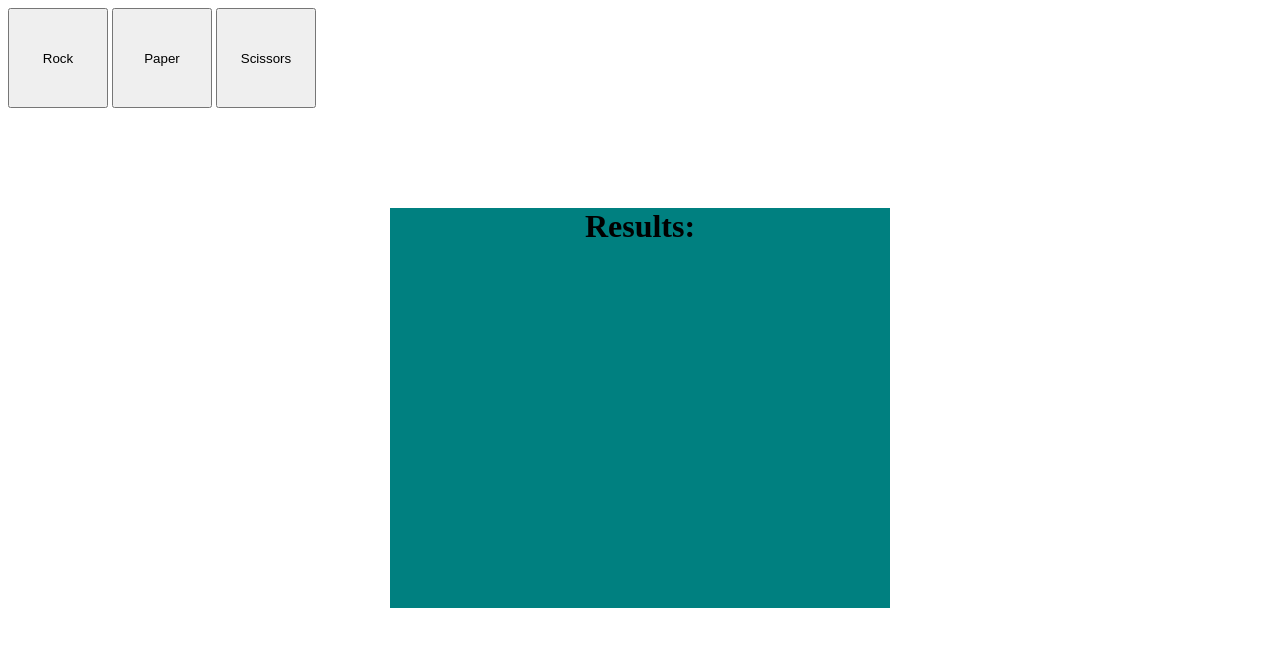
Repository: Pafestivo/rock-paper-scissors
Page: index.html
The author's editor kept a copy of each file at every save. The page is drawn from the files as they stood at one save, then again after the next save.
The browser window is 1280 px wide. The pictures show the whole page.

Above is the page before, as saved 2022-10-14 14:25:40.

After the next save:
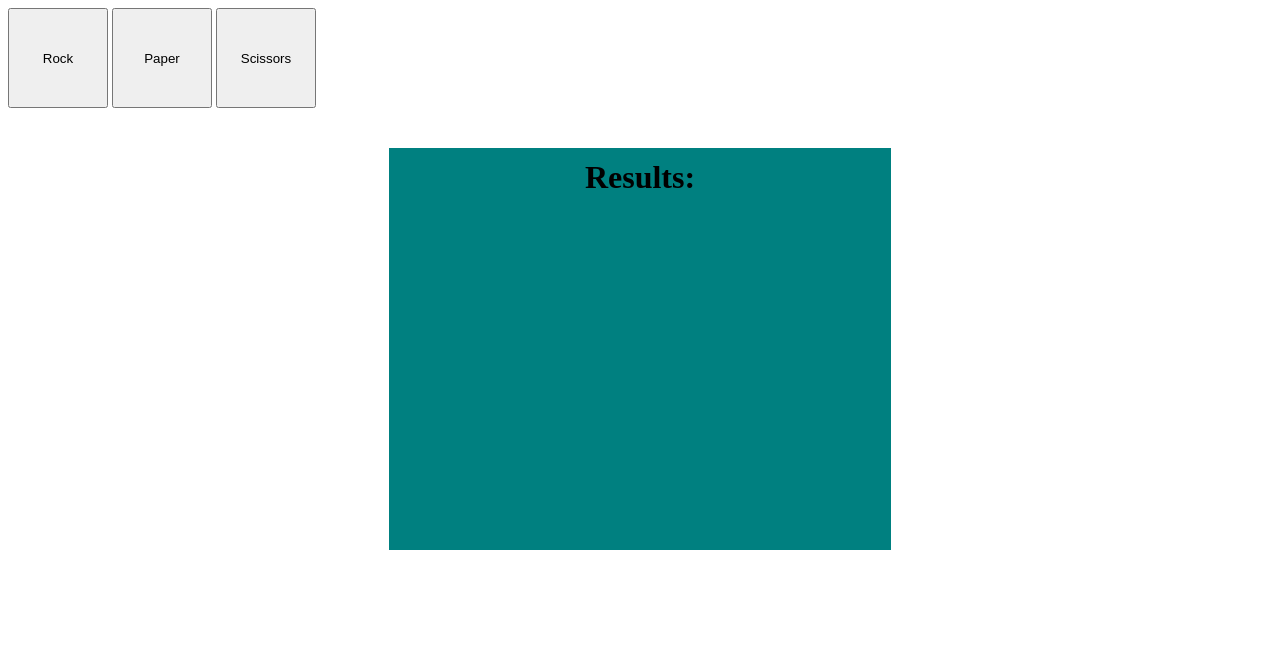
Saved 16 s later.
--- a/styles.css
+++ b/styles.css
@@ -7,12 +7,13 @@ button {
   margin: 40px auto 0 auto;
   width: 500px;
   height: 400px;
+  padding: 1px;
   background-color: teal;
 }
 
 #results-header {
   text-align: center;
-  margin-top: 100px;
+  margin-top: 10px;
 }
 
 .round-result {
